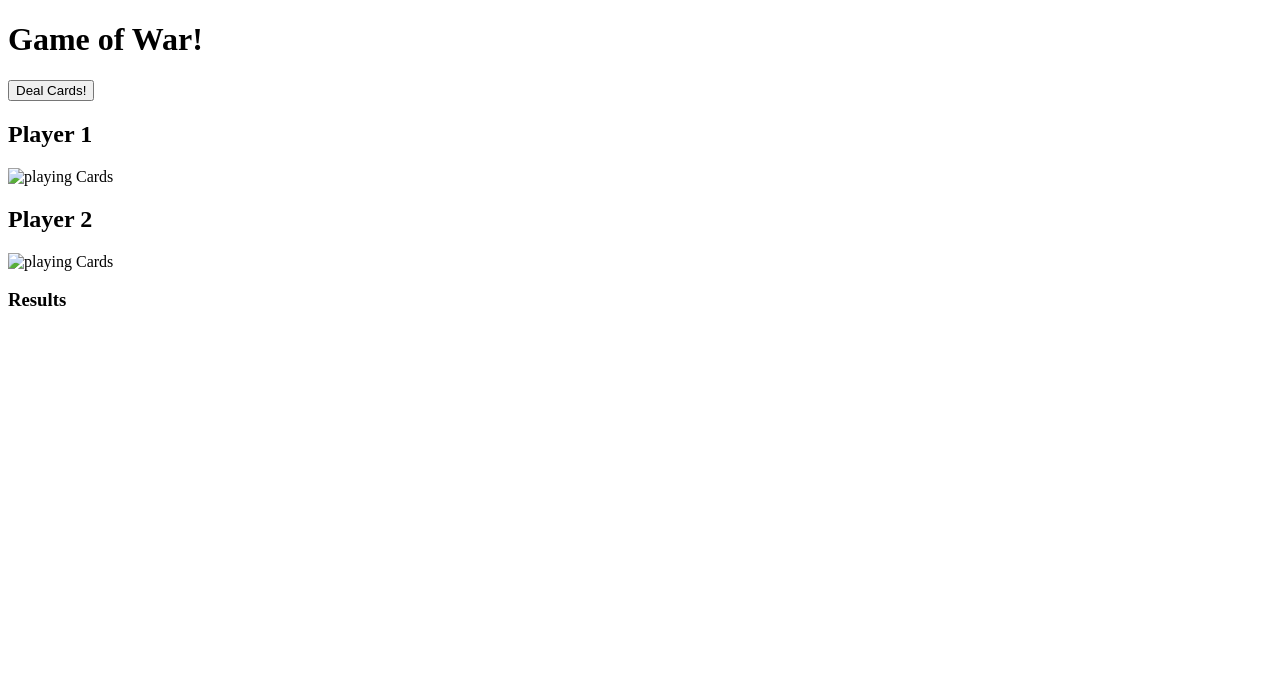
Repository: barroso2223/cakeByG
Page: index.html
These files come from the project's save history. The page is drawn as it stood at one moment and after the next save; the edit follows.
The browser window is 1280 px wide. The page is 1280 px wide, then 1288 px, so the pictures cover 1288 px, including what lies to the right of the window. The pictures show the whole page.

Above is the page before, as saved 2024-10-11 15:13:34.

After the next save:
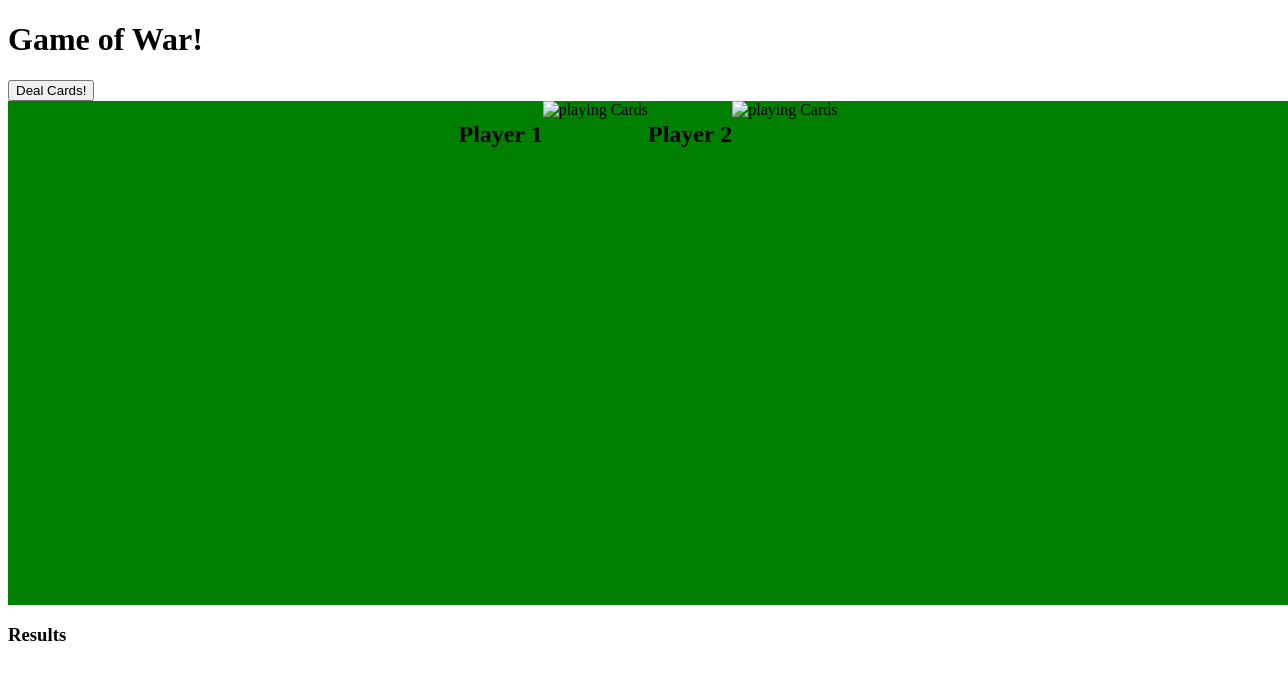
Saved 2 min 7 s later.
--- a/index.html
+++ b/index.html
@@ -3,7 +3,8 @@
 <head>
     <meta charset="UTF-8">
     <meta name="viewport" content="width=device-width, initial-scale=1.0">
-    <title>Document</title>
+    <title>Game of War</title>
+    <link rel="stylesheet" href="style.css">
 </head>
 <body>
 
